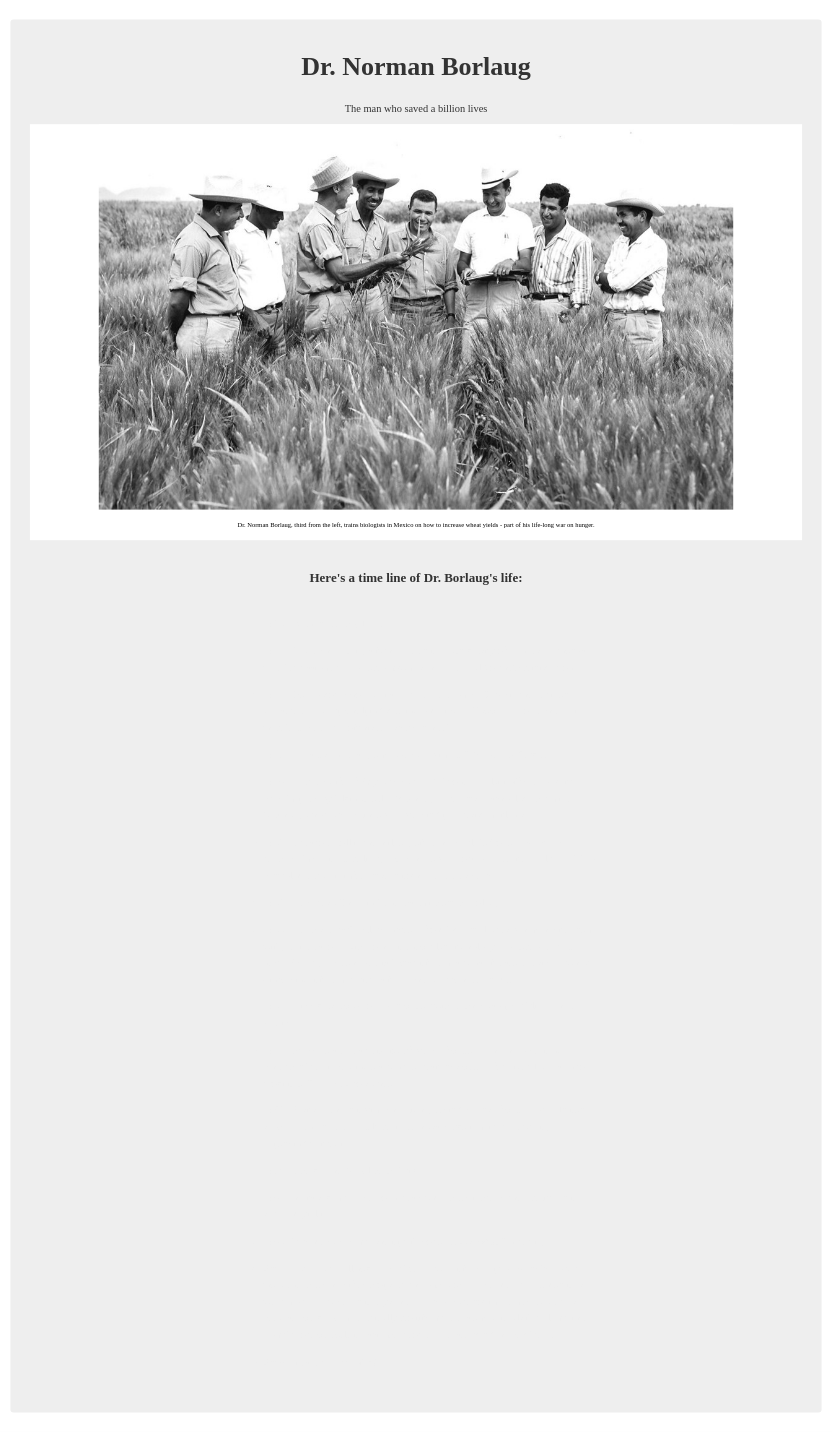
Repository: HTDuy01/github-demo
Page: freecodecamp/index.html
These files come from the project's save history. The page is drawn as it stood at one moment and after the next save; the edit follows.
The browser window is 1280 px wide. The pictures show the whole page, at 65% of full size.

Above is the page before, as saved 2021-11-18 21:11:05.

After the next save:
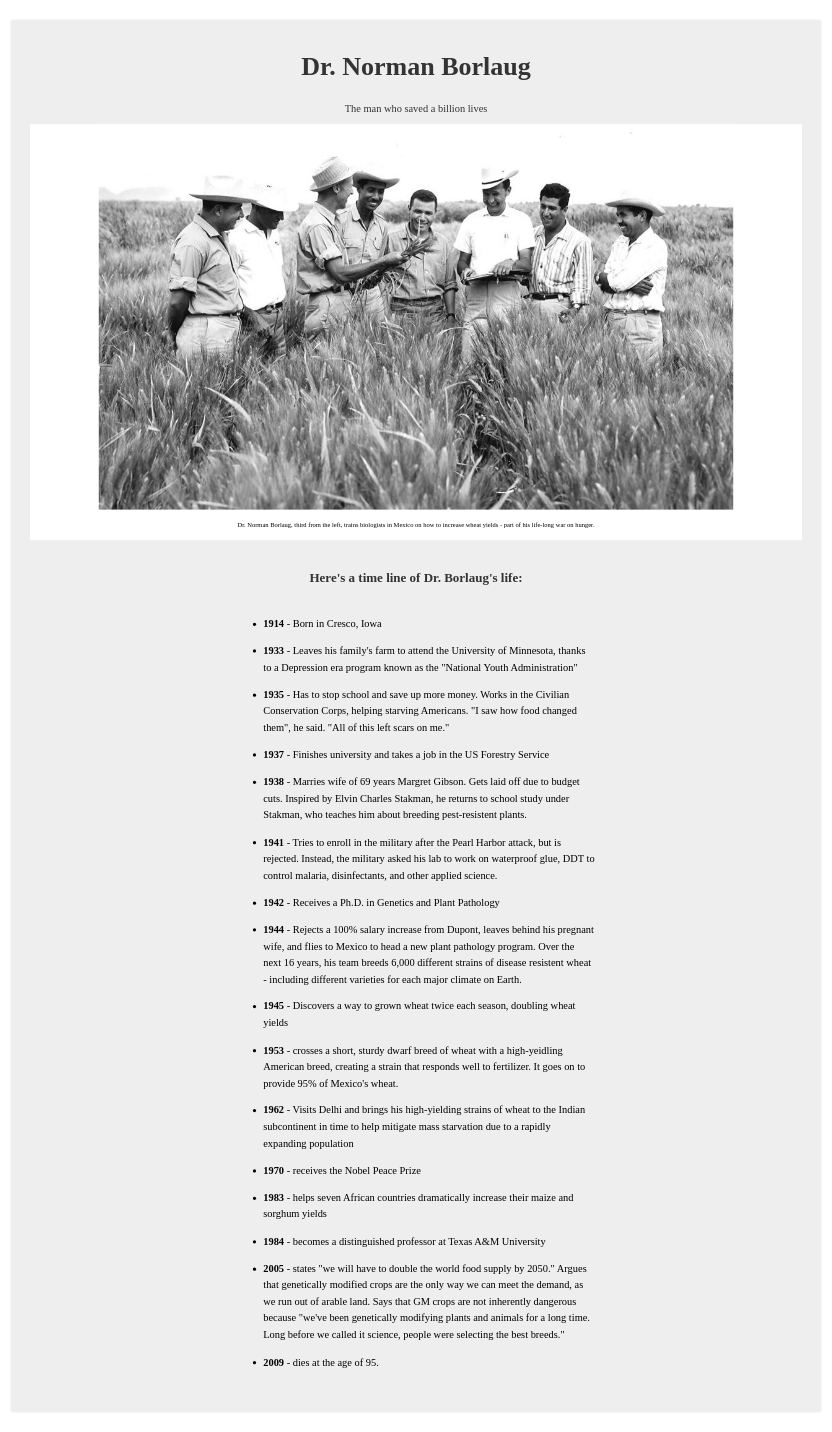
Saved 9 s later.
--- a/freecodecamp/assets/css/style.css
+++ b/freecodecamp/assets/css/style.css
@@ -61,5 +61,5 @@
 .content-item {
     font-size: 1.6rem;
     margin: 16px 0;
-    color: #eee;
+    /* color: #eee; */
 }
